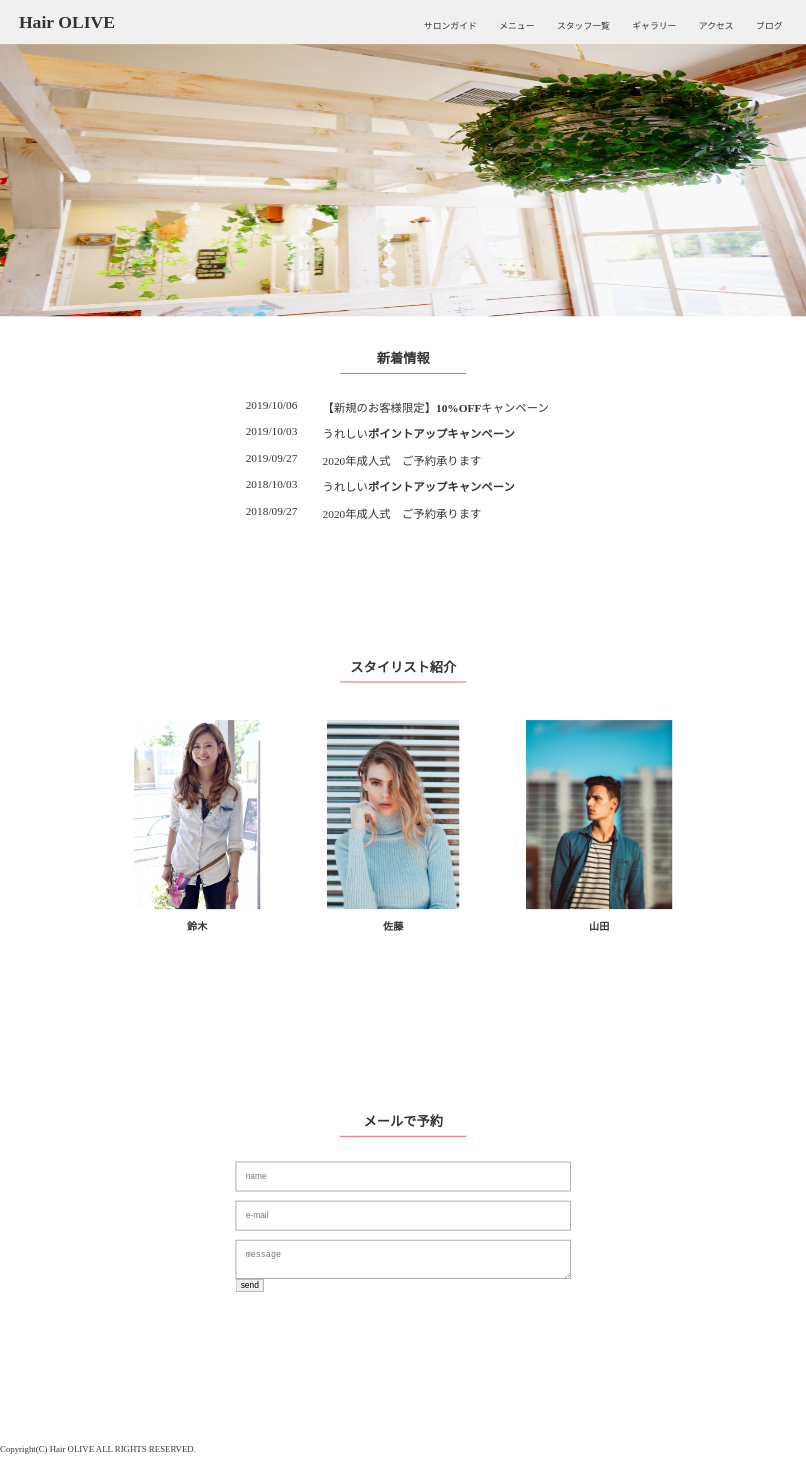
Repository: m-mao/firsa_app
Page: html_css/hair_olive/index.html
The author's editor kept a record of every edit. The page is drawn from the files as they stood at one moment, then again after the next edit.
The browser window is 1280 px wide. The pictures show the whole page, at 63% of full size.

Above is the page before.

After the next edit:
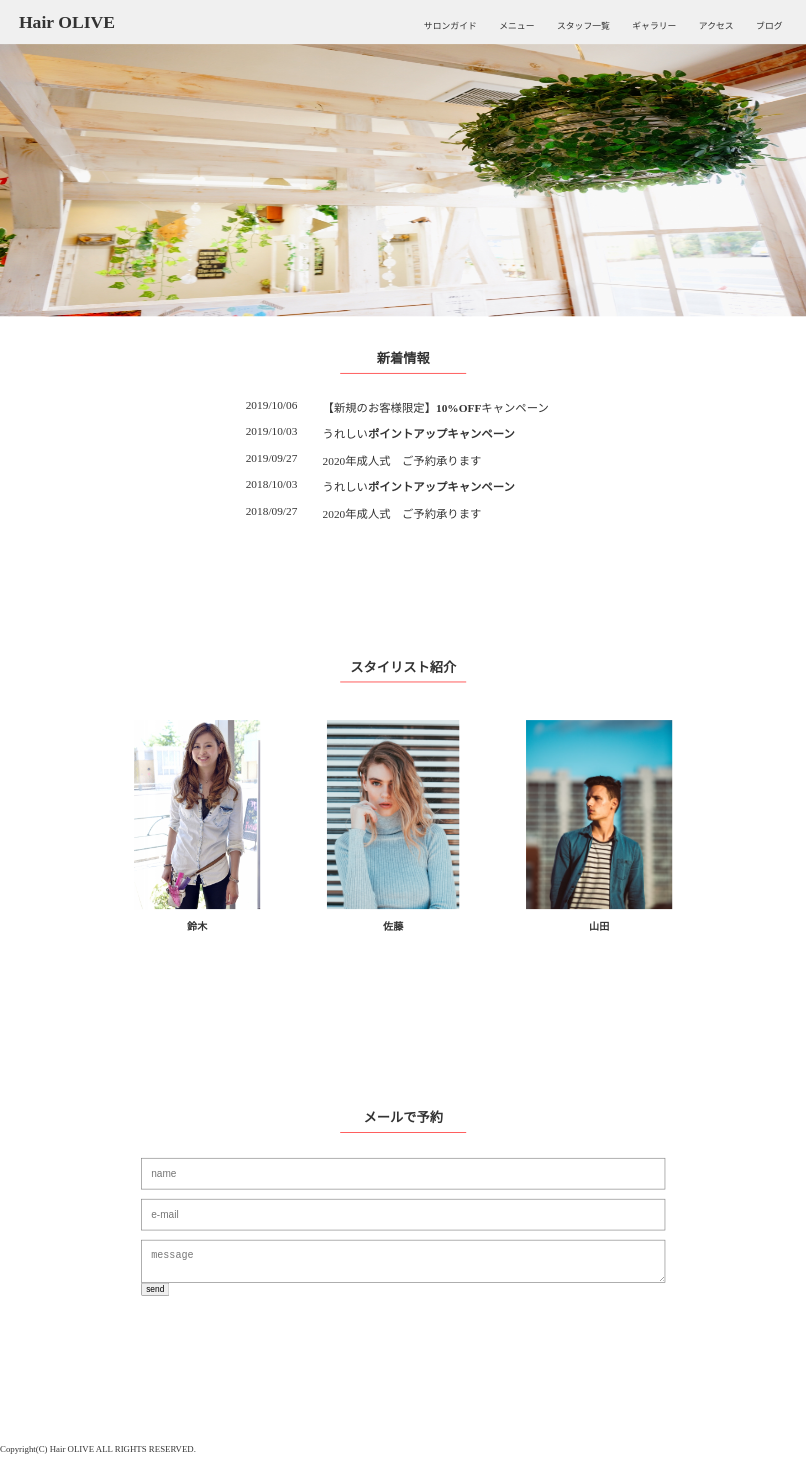
The edit:
--- a/html_css/hair_olive/style.css
+++ b/html_css/hair_olive/style.css
@@ -116,7 +116,8 @@
 
 .small-field,
 .large-field {
-  width: 500px;
+  width: 800px;
+  font-size: 16px;
   padding: 15px;
   border: 1px solid gray;
   display: block;
